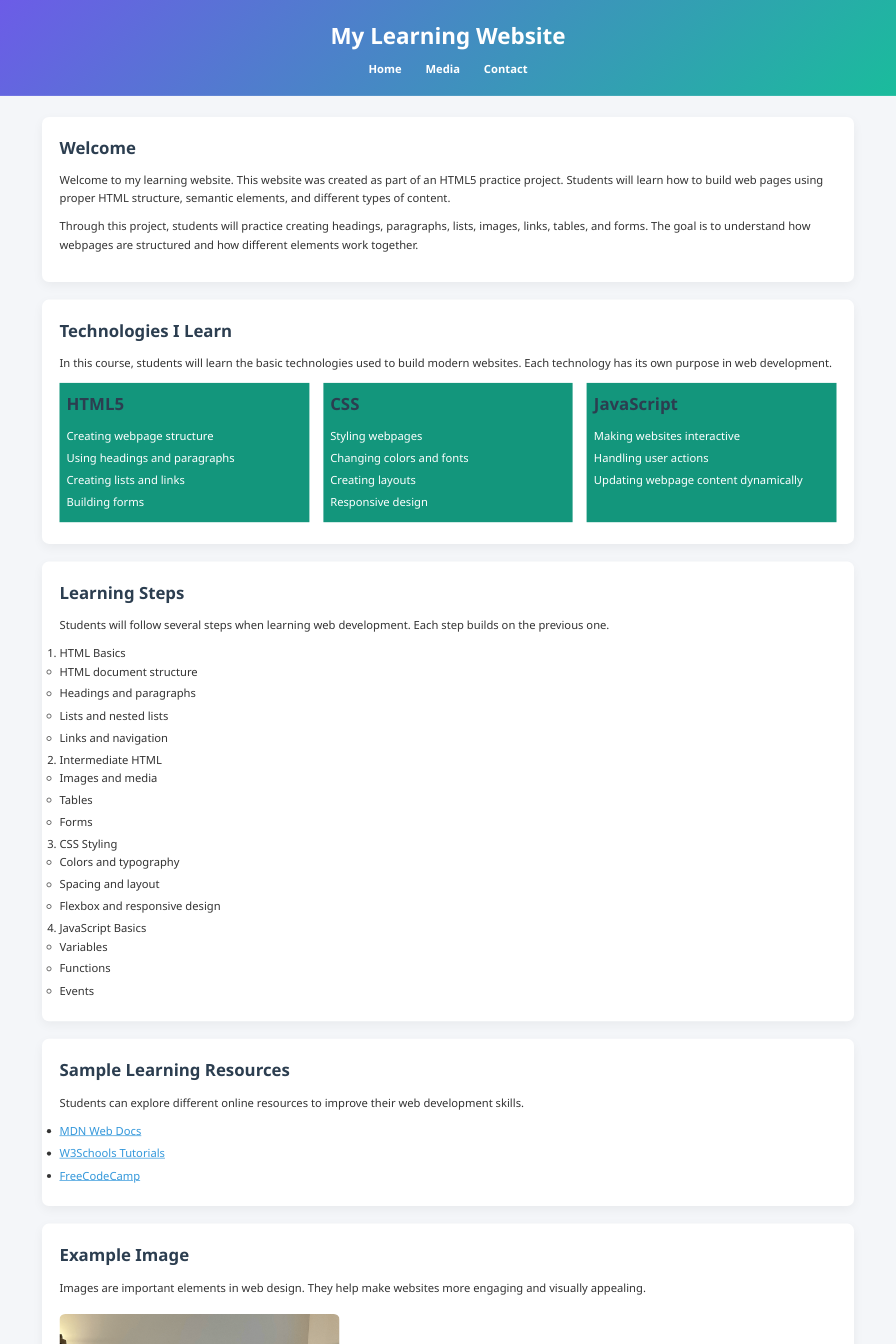
Repository: Than-sothearak/web_client_programing
Page: Week_03/index.html
These files come from the project's save history. The page is drawn as it stood at one moment and after the next save; the edit follows.
The browser window is 1280 px wide. The pictures show the part of the page from y = 0 to 1920 px (the page is 2913 px tall before and 2808 px after), at 70% of full size.

Above is the page before, as saved 2026-03-24 21:20:58.

After the next save:
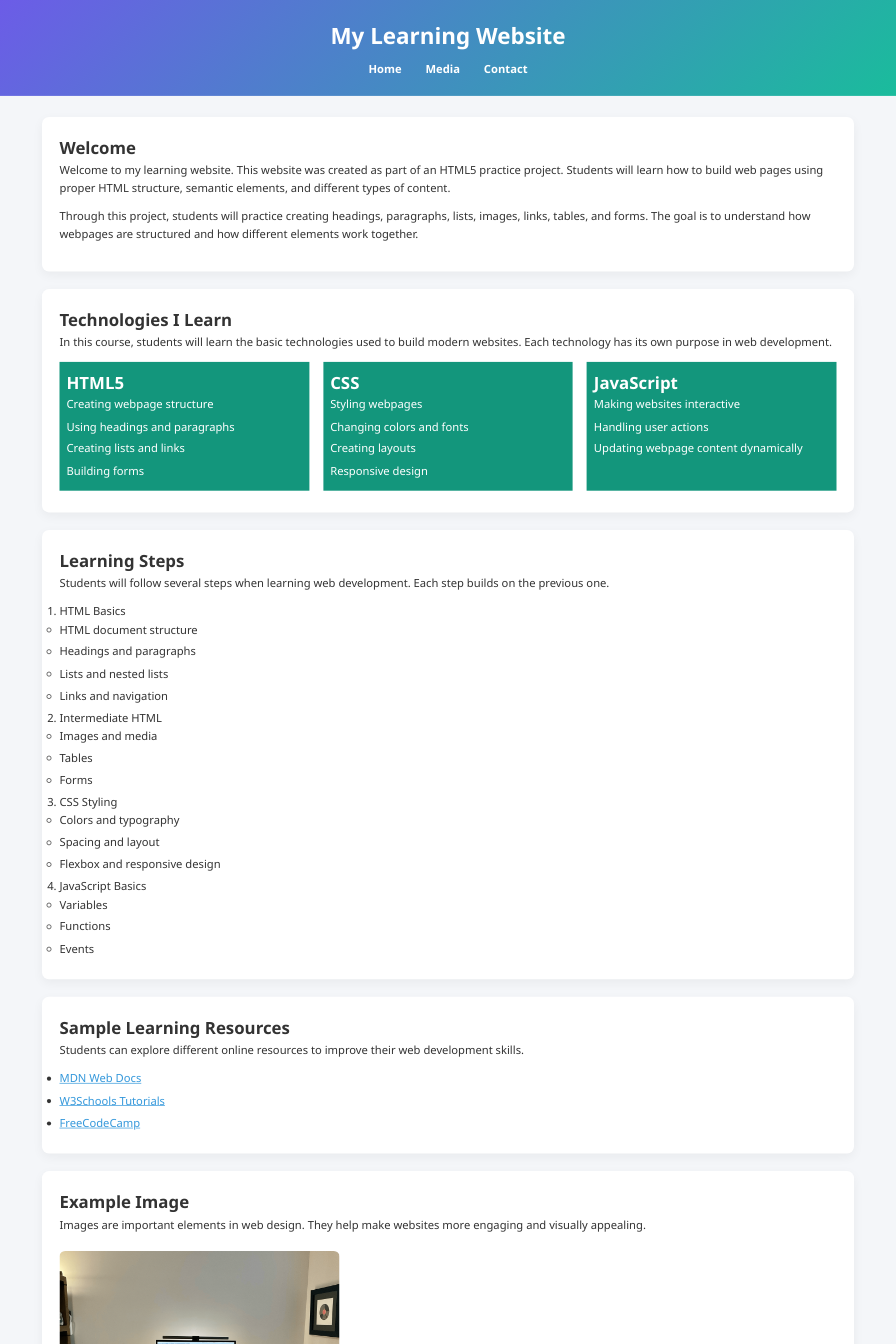
Saved 18 s later.
--- a/Week_03/styles.css
+++ b/Week_03/styles.css
@@ -74,10 +74,7 @@ h1 {
   margin-bottom: 10px;
 }
 
-h2 {
-  margin-bottom: 15px;
-  color: #2c3e50;
-}
+
 
 h3 {
   margin-bottom: 10px;
